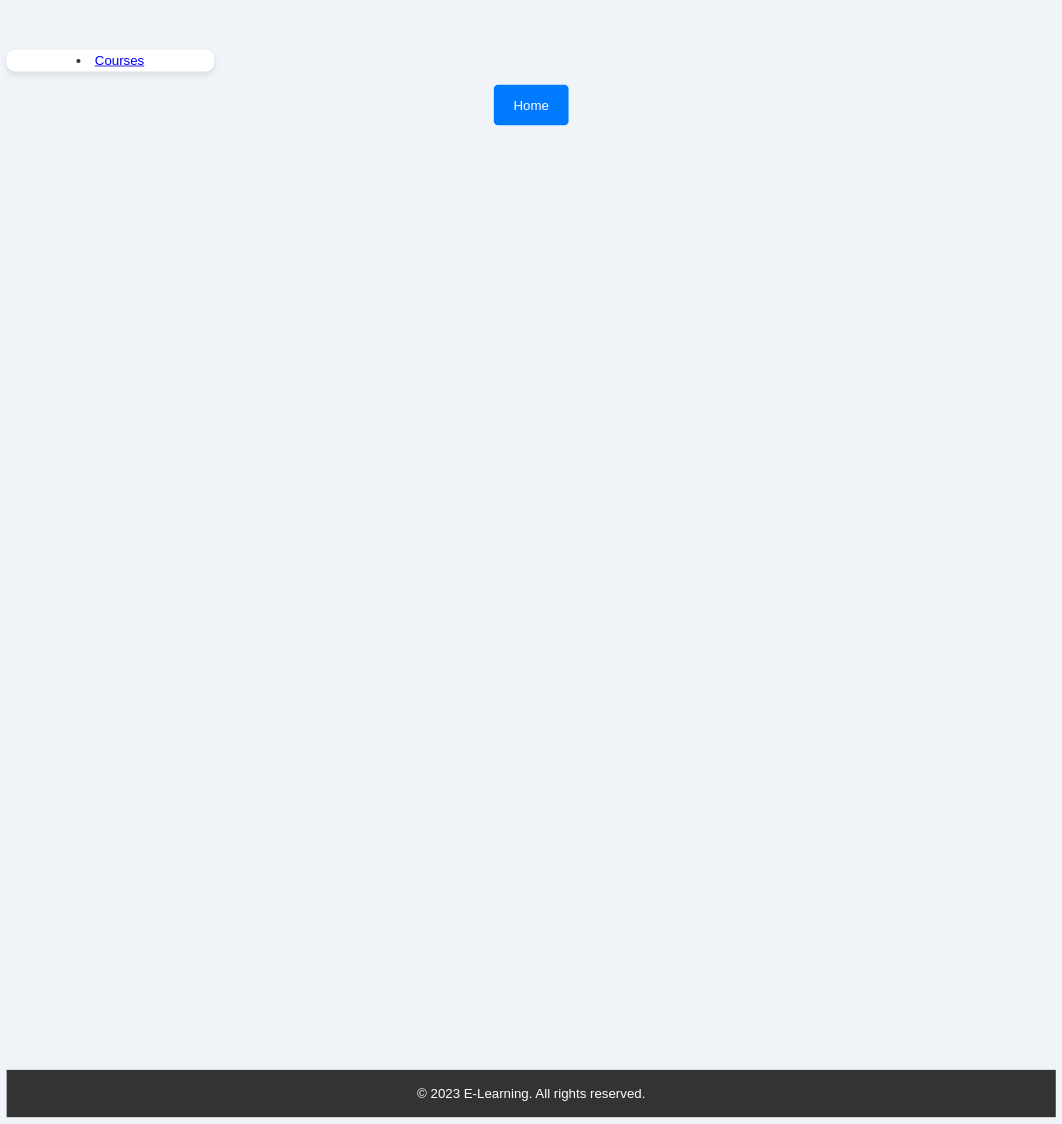
Repository: Syed1818/project
Page: courses.html
The author's editor kept a copy of each file at every save. The page is drawn from the files as they stood at one save, then again after the next save.
The browser window is 1280 px wide. The pictures show the whole page, at 83% of full size.

Above is the page before, as saved 2024-12-02 21:15:17.

After the next save:
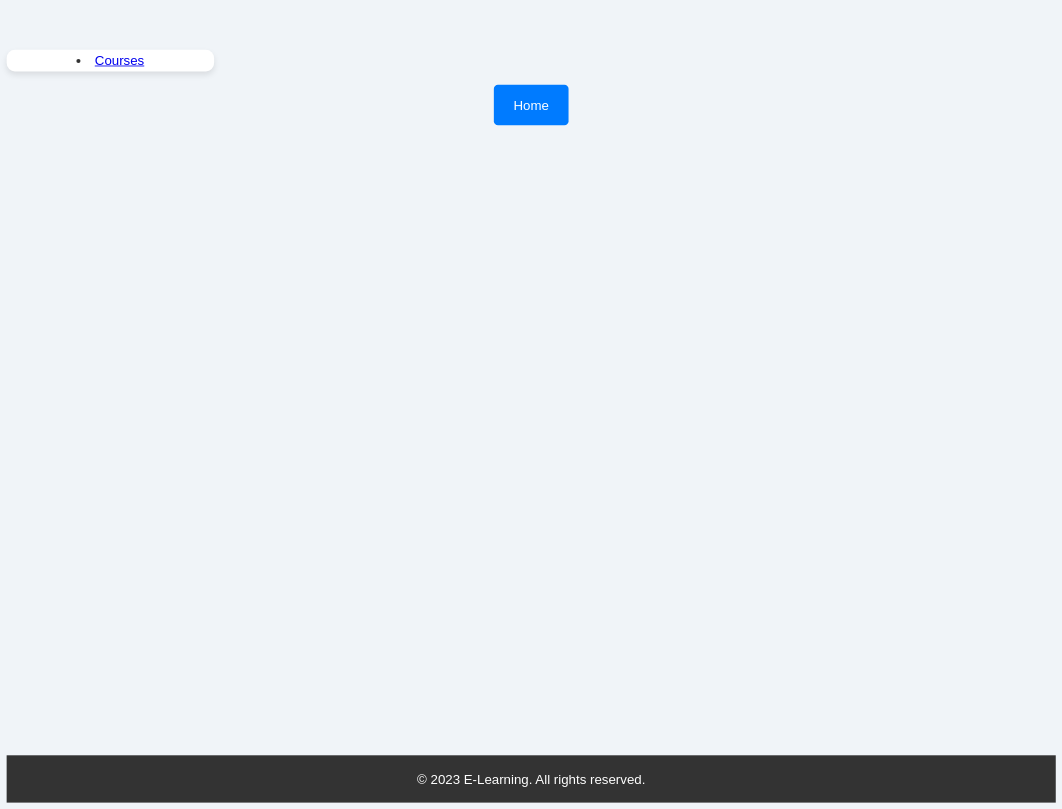
Saved 10 s later.
--- a/courses.html
+++ b/courses.html
@@ -98,7 +98,7 @@
             color: white;
             text-align: center;
             padding: 1rem;
-            margin-top: 90%;
+            margin-top: 60%;
             margin-bottom: 0;
         }
     </style>
